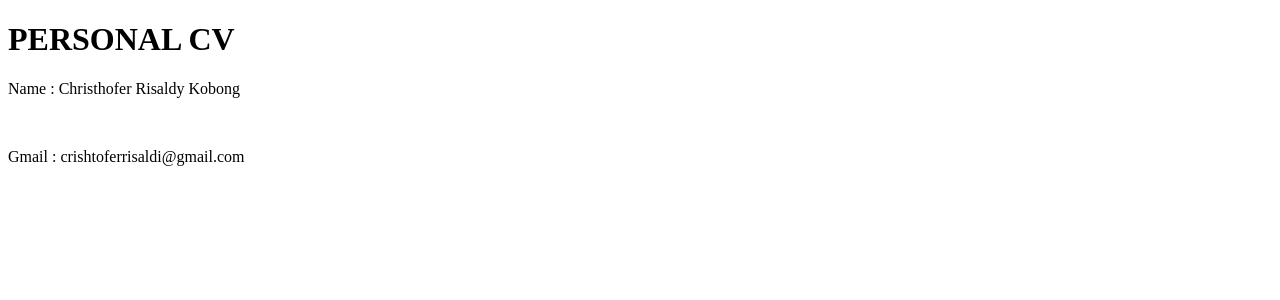
Repository: ChristhoferRisaldy/CVWeb
Page: web.html
An editor plug-in stored every save of this project. The page is shown before and after the next save, followed by the edit.
The browser window is 1280 px wide. The pictures show the whole page.

Above is the page before, as saved 2025-02-21 19:40:17.

### web.html
<!DOCTYPE html>
<html>
    <body>
        <h1>PERSONAL CV</h1>
        <p>Name : Christhofer Risaldy Kobong</p><br>
        <p>Gmail : crishtoferrisaldi@gmail.com</p>
    </body>
</html>

After the next save:
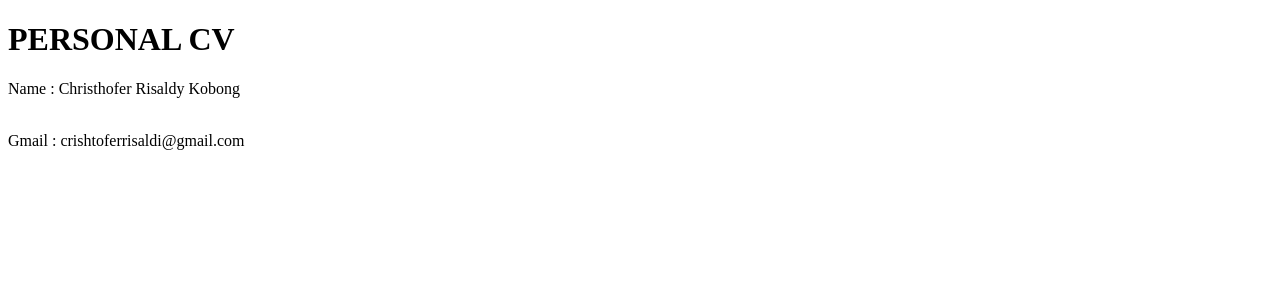
Saved 29 s later.
--- a/web.html
+++ b/web.html
@@ -2,7 +2,5 @@
 <html>
     <body>
         <h1>PERSONAL CV</h1>
-        <p>Name : Christhofer Risaldy Kobong</p><br>
-        <p>Gmail : crishtoferrisaldi@gmail.com</p>
-    </body>
+        <p>Name : Christhofer Risaldy Kobong</p><br>Gmail : crishtoferrisaldi@gmail.com
 </html>
